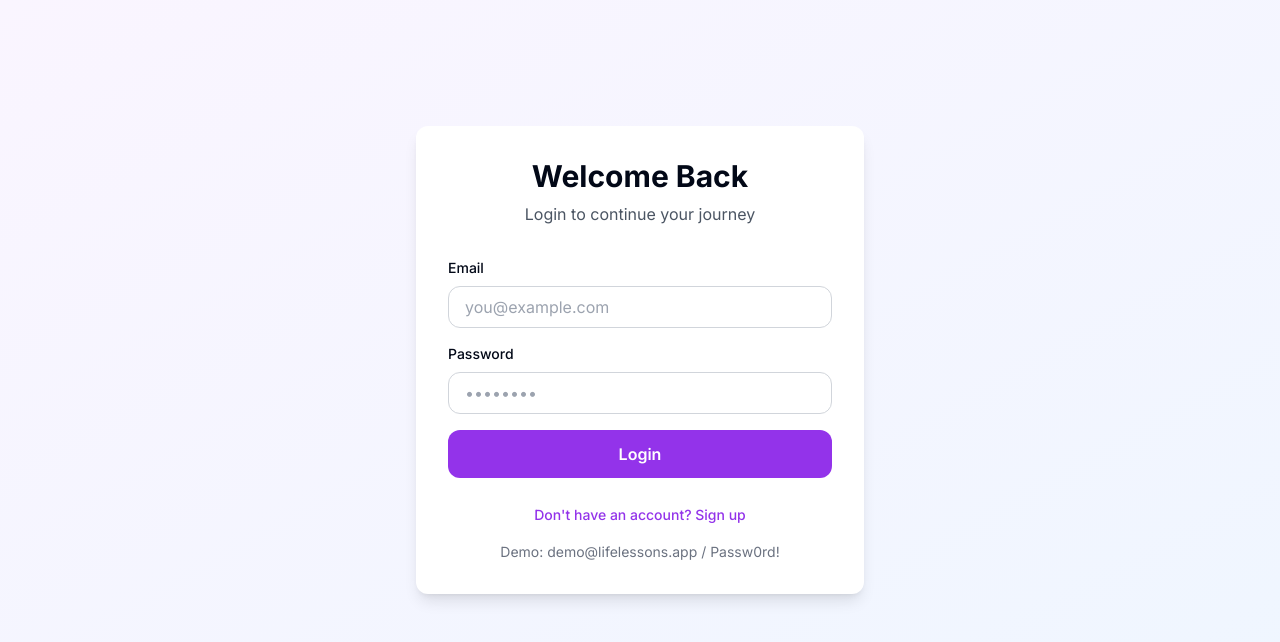
Repository: mac23080131/life-lessons
Page: /login (app in apps/web/)
The author's editor kept a copy of each file at every save. The page is drawn from the files as they stood at one save, then again after the next save.
The browser window is 1280 px wide. The pictures show the whole page.
The page's requests for data from a server got no answer. The project was rebuilt for these pictures with package versions that can differ from the ones it lists, and the page was loaded fresh each time. The framework's server and built-in components were replaced by stand-ins that run in the browser. No one was signed in, and anything a server would have sent is missing. Also part of the build but not shown: apps/web/next.config.js.

Above is the page before, as saved 2025-10-18 19:11:54.

After the next save:
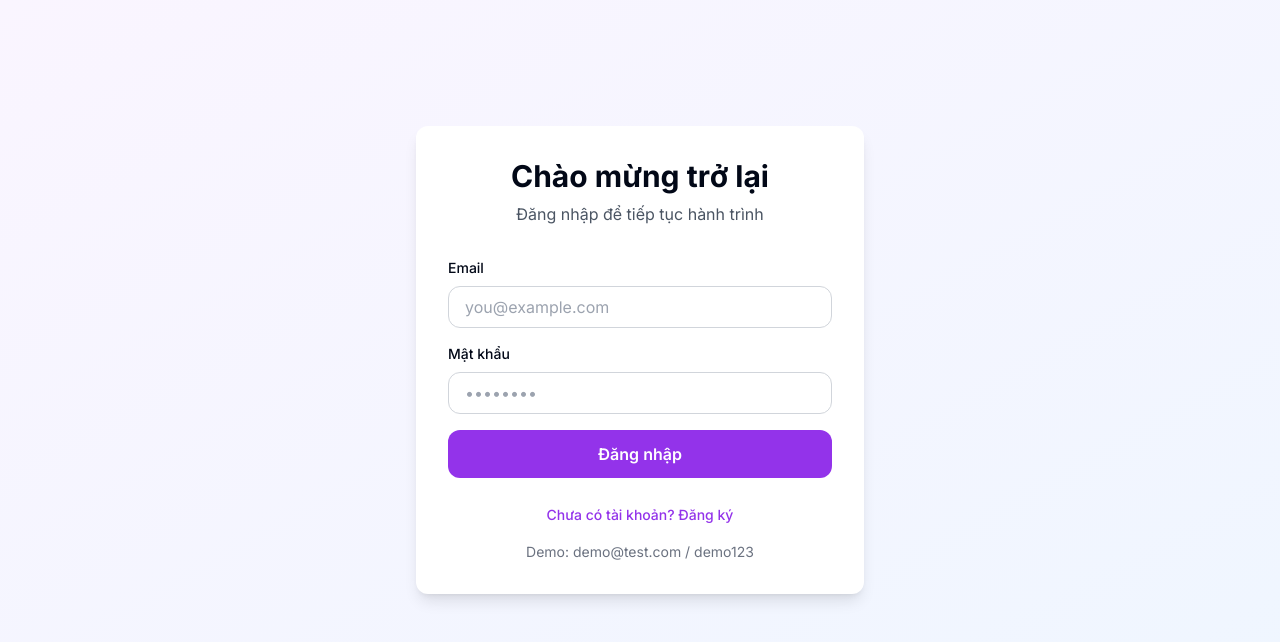
Saved 23 s later.
--- a/apps/web/src/app/(auth)/login/page.tsx
+++ b/apps/web/src/app/(auth)/login/page.tsx
@@ -22,21 +22,21 @@ export default function LoginPage() {
     <div className="min-h-screen flex items-center justify-center bg-gradient-to-br from-purple-50 to-blue-50 dark:from-gray-900 dark:to-gray-800 p-4" suppressHydrationWarning>
       <div className="w-full max-w-md">
         <div className="bg-white dark:bg-gray-800 rounded-lg shadow-lg p-8">
-          <h1 className="text-3xl font-bold text-center mb-2">Welcome Back</h1>
+          <h1 className="text-3xl font-bold text-center mb-2">{t('auth.welcomeBack')}</h1>
           <p className="text-gray-600 dark:text-gray-400 text-center mb-8">
-            Login to continue your journey
+            {t('auth.loginSubtitle')}
           </p>
 
           {loginError && (
             <div className="mb-4 p-3 bg-red-50 dark:bg-red-900/20 border border-red-200 dark:border-red-800 rounded-lg text-red-700 dark:text-red-400 text-sm">
-              {(loginError as any)?.response?.data?.message || 'Login failed. Please try again.'}
+              {(loginError as any)?.response?.data?.message || t('auth.loginError')}
             </div>
           )}
 
           <form onSubmit={handleSubmit} className="space-y-4">
             <div>
               <label htmlFor="email" className="block text-sm font-medium mb-2">
-                Email
+                {t('auth.email')}
               </label>
               <input
                 id="email"
@@ -51,7 +51,7 @@ export default function LoginPage() {
 
             <div>
               <label htmlFor="password" className="block text-sm font-medium mb-2">
-                Password
+                {t('auth.password')}
               </label>
               <input
                 id="password"
@@ -69,7 +69,7 @@ export default function LoginPage() {
               disabled={isLoginLoading}
               className="w-full py-3 bg-purple-600 text-white rounded-lg hover:bg-purple-700 disabled:opacity-50 disabled:cursor-not-allowed font-semibold transition-colors"
             >
-              {isLoginLoading ? 'Logging in...' : 'Login'}
+              {isLoginLoading ? t('auth.loggingIn') : t('auth.loginButton')}
             </button>
           </form>
 
@@ -78,13 +78,13 @@ export default function LoginPage() {
               href="/signup"
               className="text-purple-600 hover:text-purple-700 text-sm font-medium"
             >
-              Don't have an account? Sign up
+              {t('auth.noAccount')} {t('auth.signupButton')}
             </Link>
           </div>
 
           <div className="mt-4 text-center">
             <p className="text-sm text-gray-500">
-              Demo: demo@lifelessons.app / Passw0rd!
+              {t('auth.demoCredentials')}
             </p>
           </div>
         </div>
